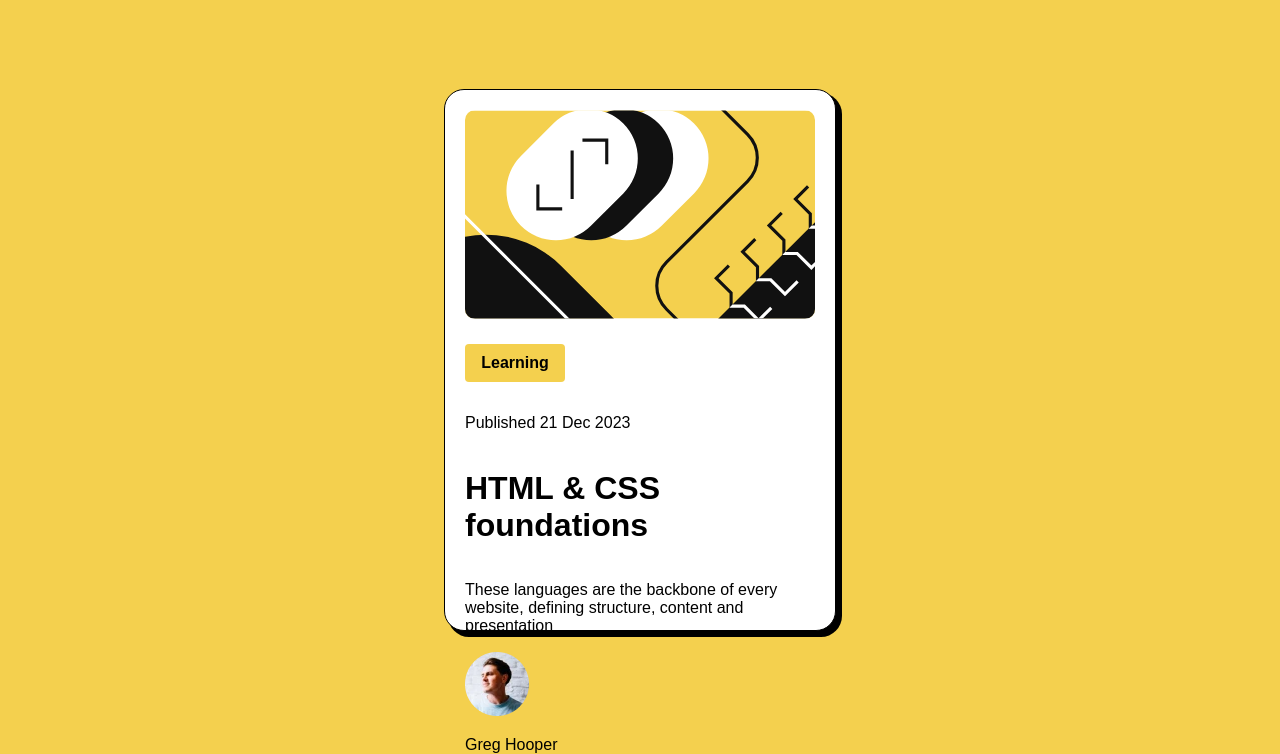
Repository: brandontaylor1/blogpreviewcard
Page: index.html
The author's editor kept a copy of each file at every save. The page is drawn from the files as they stood at one save, then again after the next save.
The browser window is 1280 px wide. The pictures show the whole page.

Above is the page before, as saved 2024-12-25 11:16:57.

### index.html
<!DOCTYPE html>
<html lang="en">
<head>
    <meta charset="UTF-8">
    <meta name="viewport" content="width=device-width, initial-scale=1.0">
    <link rel="stylesheet" href="./index.css">
    <title>HTML & CSS Foundations</title>
</head>
<body>
    <main class="container">
        <div class="img-container">
            <img src="./images/illustration-article.svg" class="heading-img" alt="">
        </div>
        <div class="card-content">
            <p id="learning-tag">Learning</p>
            <div class="card-content">
                <p>Published 21 Dec 2023</p>
                <h1>HTML & CSS foundations</h1>
                <p>These languages are the backbone of every website, defining structure, content and presentation</p>
            </div>
        </div>
        <div class="user-footer">
            <img src="./images/image-avatar.webp" alt="person-image">
            <p>Greg Hooper</p>
        </div>
    </main>

    <script src="index.js"></script>
</body>
</html>

### index.css
:root {
    /* COLORS */
    --primary-yellow: hsl(47, 88%, 63%);
    --primary-white: hsl(0, 0%, 100%);
    --primary-gray-reg: hsl(0, 0%, 42%);
    --primary-gray-bold: hsl(0, 0%, 7%);

    --main-font-size: 16px;

    --main-font-family: 'Figtree', sans-serif;
    --main-font-weight-reg: 500;
    --main-font-weight-bold: 800;
}


body {
    box-sizing: border-box;
    margin: 0;
    padding: 0;
    height: 100vh;
    font-family: var(--main-font-family);
    display: flex;
    align-items: center;
    justify-content: center;
    background-color: var(--primary-yellow);
}

.container {
    width: 350px;
    height: 500px;
    margin: 0 auto;
    padding: 0 20px;
    background-color: var(--primary-white);
    width: 350px;
    padding: 20px;
    border-radius: 20px;
    border: 1px solid black;
    box-shadow: 5px 5px 0 1px rgba(0, 0, 0, 1);
    transition: box-shadow 0.3s ease;
}

.container:hover {
    box-shadow: 0 0 0 0 rgba(0, 0, 0, 0.5);
}

.heading-img {
    width: 100%;
    margin-bottom: 5px;
    border-radius: 10px;
}

.card-content {
    width: 100%;
    display: flex;
    flex-direction: column;
    align-items: left;
    justify-content: left;
}

#learning-tag {
    background-color: var(--primary-yellow);
    padding: 10px;
    border-radius: 4px;
    font-weight: var(--main-font-weight-bold);
    width: 80px;
    text-align: center;

}

Loaded but not shown: index.js (no stored copy; drawn as an empty file)

After the next save:
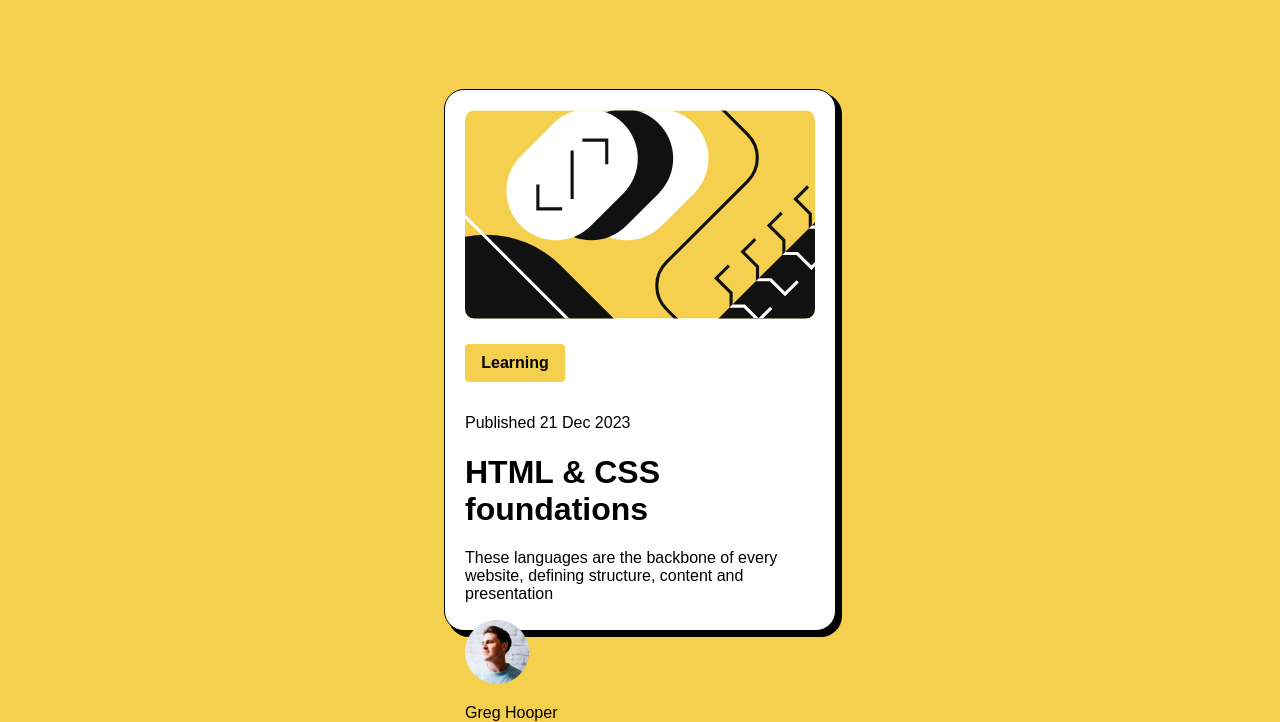
Saved 4 s later.
--- a/index.html
+++ b/index.html
@@ -13,7 +13,7 @@
         </div>
         <div class="card-content">
             <p id="learning-tag">Learning</p>
-            <div class="card-content">
+            <div class="card-content-text">
                 <p>Published 21 Dec 2023</p>
                 <h1>HTML & CSS foundations</h1>
                 <p>These languages are the backbone of every website, defining structure, content and presentation</p>
